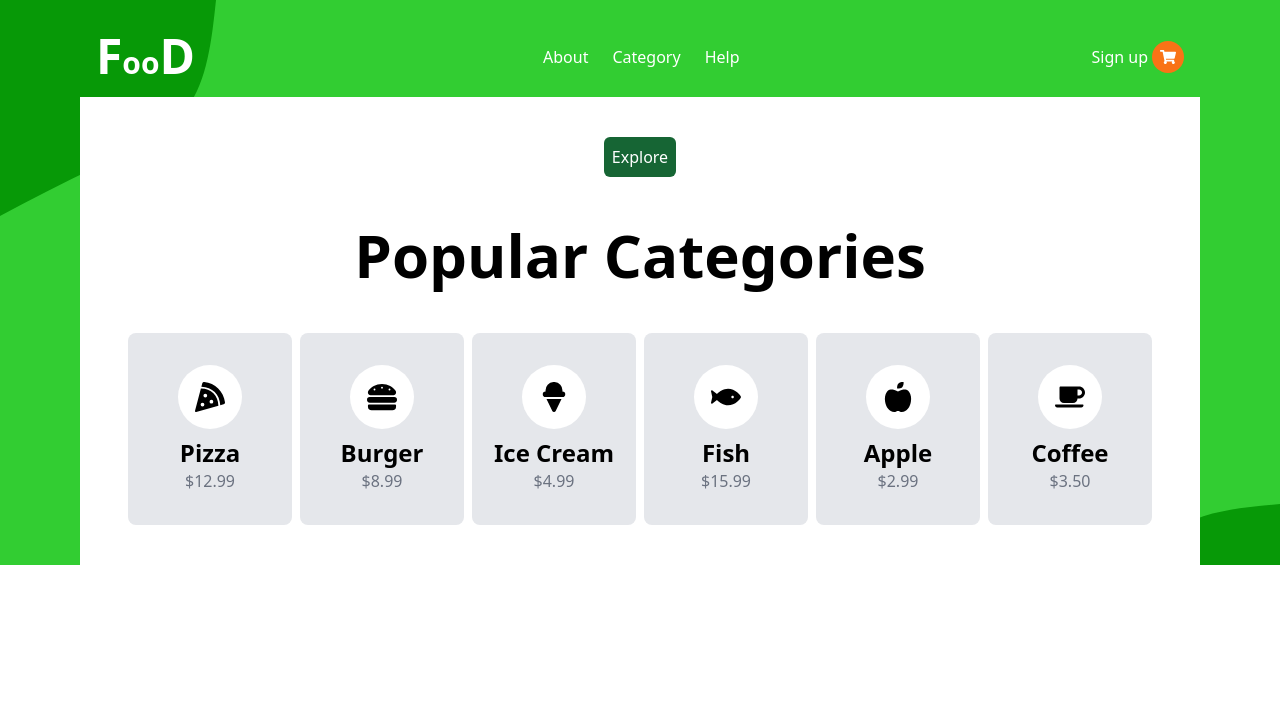
Repository: KhushiCode14/FoodWeb
Page: /category (app in frontend/)
An editor plug-in stored every save of this project. The page is shown before and after a run of saves, followed by the edit.
The browser window is 1280 px wide. The pictures show the whole page.
The project was rebuilt for these pictures with package versions that can differ from the ones it lists, and the page was loaded fresh each time. Also part of the build but not shown: frontend/src/Pages/Home.tsx, frontend/src/components/Home/SignUp.tsx, frontend/src/components/Home/SignIn.tsx, frontend/src/components/Home/Cart.tsx.

Above is the page before, as saved 2024-09-24 17:09:22.

After the next 2 saves:
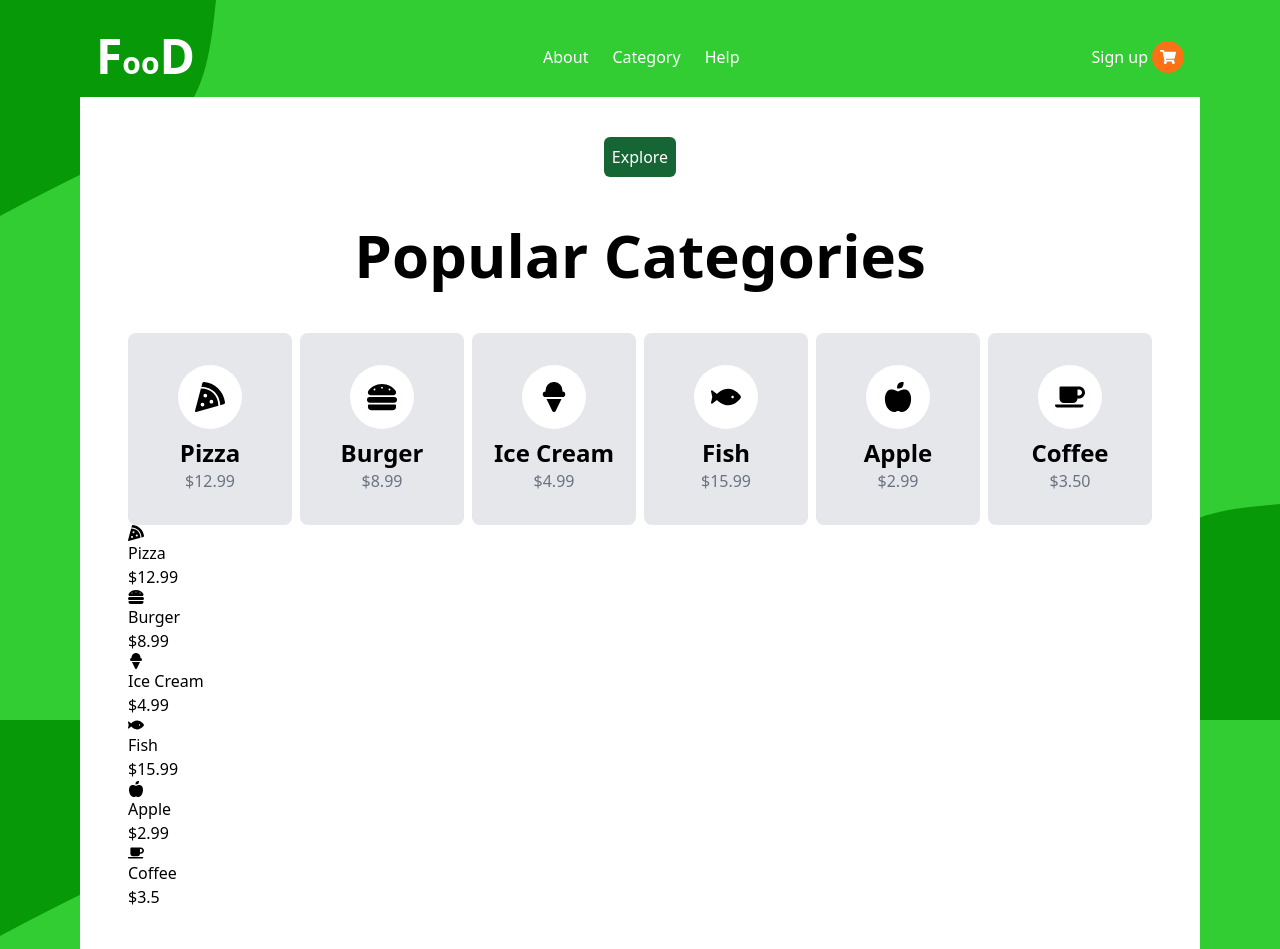
The 2 saves are shown as one change because 1 did not build or start.
The last was saved 25 s later.
--- a/frontend/src/components/categories/Category.tsx
+++ b/frontend/src/components/categories/Category.tsx
@@ -1,5 +1,6 @@
 import React from 'react'
 import Card from './Card'
+import Carousel from './Carousel'
 
 const Category = () => {
   return (
@@ -9,6 +10,9 @@ const Category = () => {
       {/* cards */}
       <div className='flex-1 max-sm:hidden'>
        <Card/>
+       <div>
+        <Carousel/>
+       </div>
       </div>
     </div>
   )
